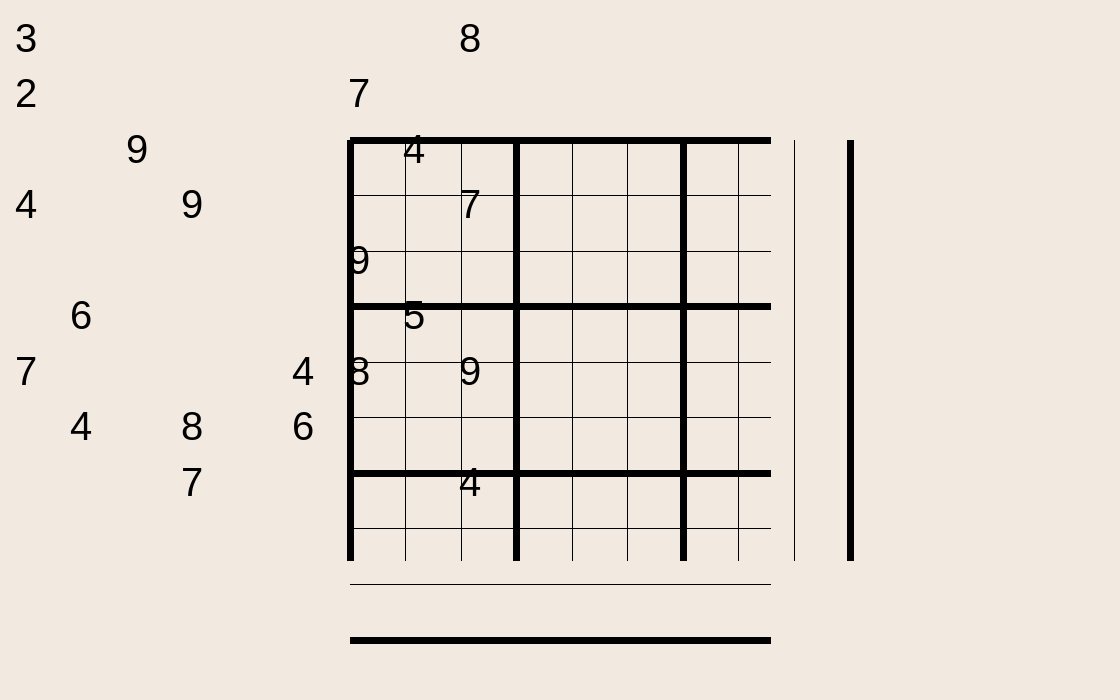
Repository: JensVL96/Puzzle-solver-for-fun
Script's output: python sudoku.py
These files come from the project's save history. The script's output is drawn as it stood at one moment and after the next save; the edit follows.
The window is shown after at most 60 frames with no key pressed. A system font it names is replaced by a similar one. Random numbers start from a fixed seed.

Above is the script's output before, as saved 2020-10-30 01:45:19.

After the next save:
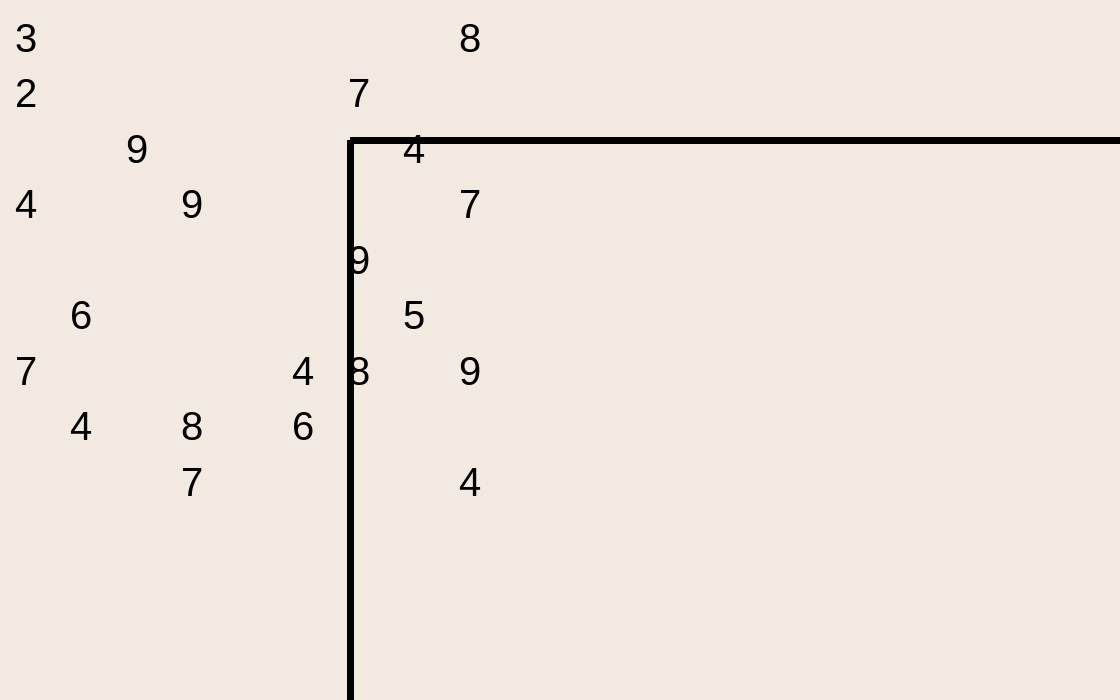
Saved 5 min 50 s later.
--- a/sudoku.py
+++ b/sudoku.py
@@ -190,10 +190,10 @@
     def draw(self, grid):
         top_left_x = (SCREEN_WIDTH / 2) - (BORDER_SIZE / 2)
         top_left_y = (SCREEN_HEIGHT / 2) - (BORDER_SIZE / 2)
-        top_right_x = (SCREEN_WIDTH / 2) + (BORDER_SIZE / 2)
-        top_right_y = (SCREEN_HEIGHT / 2) - (BORDER_SIZE / 2)
-        bottom_left_x = (SCREEN_WIDTH / 2) - (BORDER_SIZE / 2)
-        bottom_left_y = (SCREEN_HEIGHT / 2) + (BORDER_SIZE / 2)
+        top_right_x = (SCREEN_WIDTH / 2) - (BORDER_SIZE / 2)
+        top_right_y = (SCREEN_HEIGHT / 2) + (BORDER_SIZE / 2)
+        bottom_left_x = (SCREEN_WIDTH / 2) + (BORDER_SIZE / 2)
+        bottom_left_y = (SCREEN_HEIGHT / 2) - (BORDER_SIZE / 2)
 
         print("\ntop left corner pos: (", top_left_x, top_left_y, ")")
         print("top right corner: ", top_right_x, top_right_y, ")")

After the save that followed:
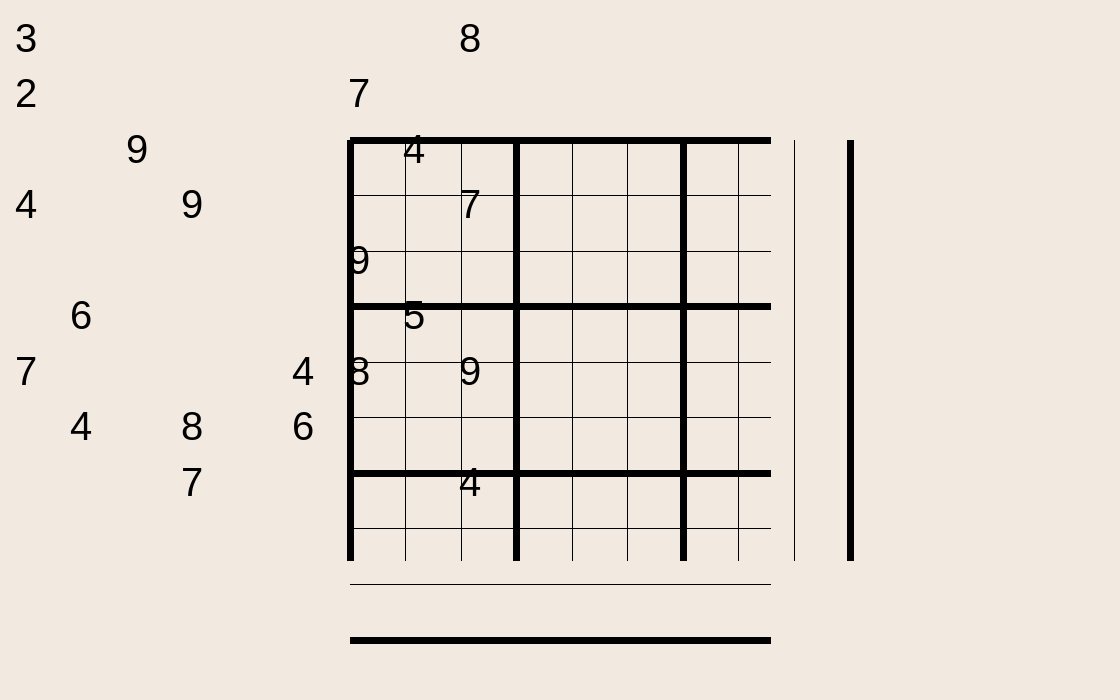
Saved 7 s later.
--- a/sudoku.py
+++ b/sudoku.py
@@ -190,10 +190,10 @@
     def draw(self, grid):
         top_left_x = (SCREEN_WIDTH / 2) - (BORDER_SIZE / 2)
         top_left_y = (SCREEN_HEIGHT / 2) - (BORDER_SIZE / 2)
-        top_right_x = (SCREEN_WIDTH / 2) - (BORDER_SIZE / 2)
-        top_right_y = (SCREEN_HEIGHT / 2) + (BORDER_SIZE / 2)
-        bottom_left_x = (SCREEN_WIDTH / 2) + (BORDER_SIZE / 2)
-        bottom_left_y = (SCREEN_HEIGHT / 2) - (BORDER_SIZE / 2)
+        top_right_x = (SCREEN_WIDTH / 2) + (BORDER_SIZE / 2)
+        top_right_y = (SCREEN_HEIGHT / 2) - (BORDER_SIZE / 2)
+        bottom_left_x = (SCREEN_WIDTH / 2) - (BORDER_SIZE / 2)
+        bottom_left_y = (SCREEN_HEIGHT / 2) + (BORDER_SIZE / 2)
 
         print("\ntop left corner pos: (", top_left_x, top_left_y, ")")
         print("top right corner: ", top_right_x, top_right_y, ")")
